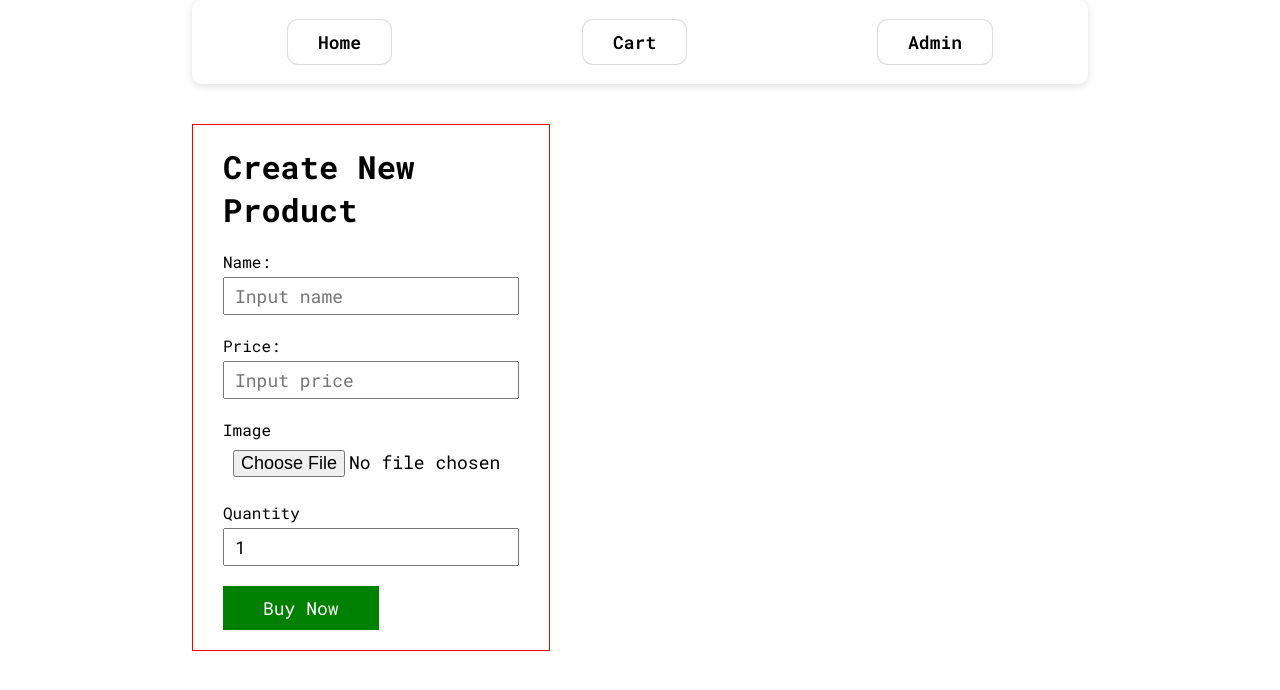
Repository: tuankiet10920/vuejs
Page: /admin
The author's editor kept a copy of each file at every save. The page is drawn from the files as they stood at one save, then again after the next save.
The browser window is 1280 px wide. The pictures show the whole page.
The project was rebuilt for these pictures with package versions that can differ from the ones it lists, and the page was loaded fresh each time. Also part of the build but not shown: vite.config.js.

Above is the page before, as saved 2024-08-26 20:01:57.

After the next save:
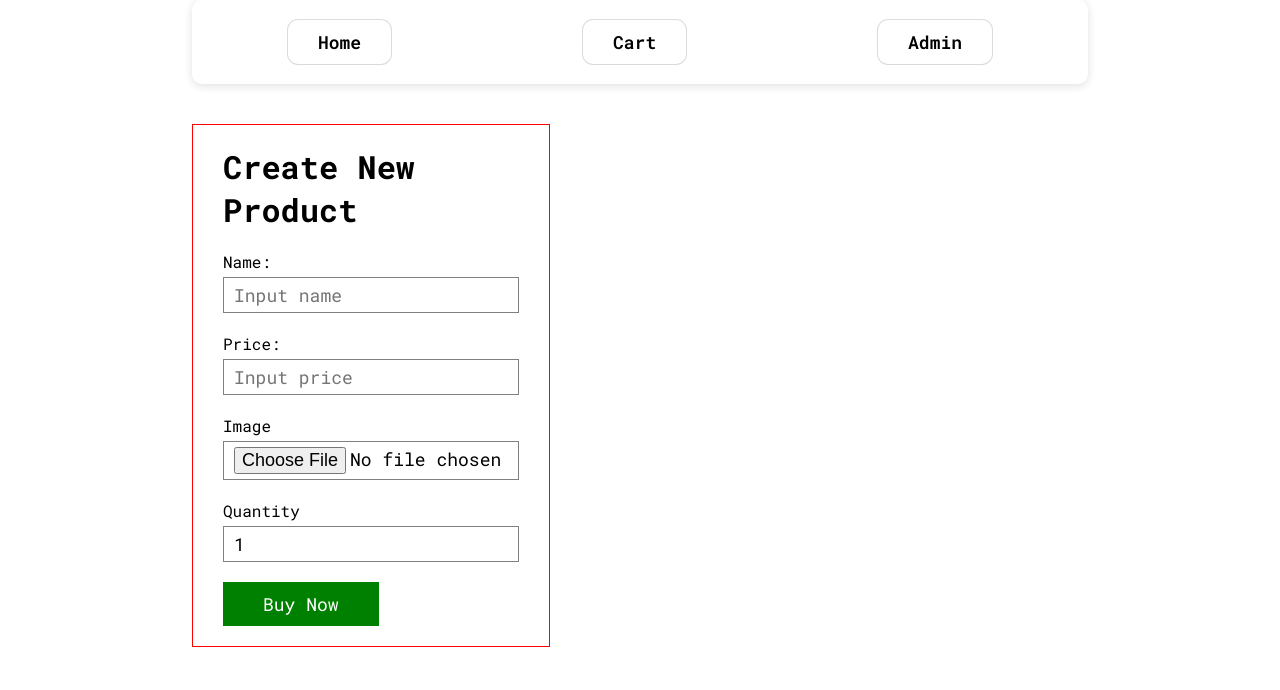
Saved 11 s later.
--- a/src/components/form.vue
+++ b/src/components/form.vue
@@ -51,6 +51,7 @@ export default {
     padding: 5px 10px;
     margin-top: 5px;
     outline: none;
+    border: 1px solid gray;
 }
 
 .button-form {
